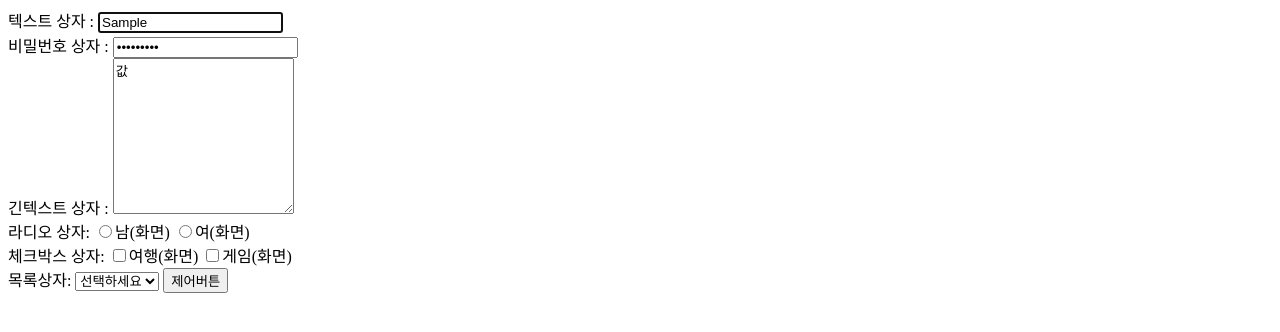
Repository: hololog/workspace_jsp1
Page: JspStudy/src/main/webapp/js1/test17.html
The author's editor kept a copy of each file at every save. The page is drawn from the files as they stood at one save, then again after the next save.
The browser window is 1280 px wide. The pictures show the whole page.
Empty fields were first filled with sample values (such as "Sample", 5 or name@example.com).
After loading, the first visible `input[onclick="f1()"]` was clicked once.

Above is the page before, as saved 2021-12-14 08:50:32.

### JspStudy/src/main/webapp/js1/test17.html
<!DOCTYPE html>
<html>
<head>
<meta charset="UTF-8">
<title>js1/test17.html</title>
<script type="text/javascript">


function f1() {
	if(document.fr.id.value.length>5){
		alert("5자 이상 입력하세요");
		document.fr.id.focus();
		return;
	}

	if(document.fr.pass.value.length>10){
		alert("10자 이상의 패스워드를 입력하에요");
		document.fr.pass.focus();
		return;
	}

	if(document.fr.ta.value.length>20){
		alert("20자 이상으로 작성해 주세요");
		document.fr.ta.focus();
		return;
	}

	if(document.fr.ra[0].checked==false && document.fr.ra[1].checked==false){
		alert("라디오 상자중 하나를 선택해주세요");
		document.fr.ra.focus();
		return;
	}


}



</script>
</head>
<body>
 <form action="a.jsp" name="fr">
    텍스트 상자 :  <input type="text" name="id"><br>
	비밀번호 상자 : <input type="password" name="pass"><br>
	긴텍스트 상자 : <textarea rows="10" cols="20" name="ta">값</textarea><br>
	라디오 상자:   <input type="radio" name="ra" value="1">남(화면)
           	    <input type="radio" name="ra" value="2">여(화면)<br>
    체크박스 상자:  <input type="checkbox" name="ch" value="여행">여행(화면)
                <input type="checkbox" name="ch" value="게임">게임(화면)<br>
    목록상자: <select name="sel">
 			<option value="">선택하세요</option>
 			<option value="100">목록1</option>
 			<option value="200">목록2</option>
 			<option value="300">목록3</option>
 		   </select>
 		   <input type="button" value="제어버튼" onclick="f1()">
 </form>
</body>
</html>

After the next save:
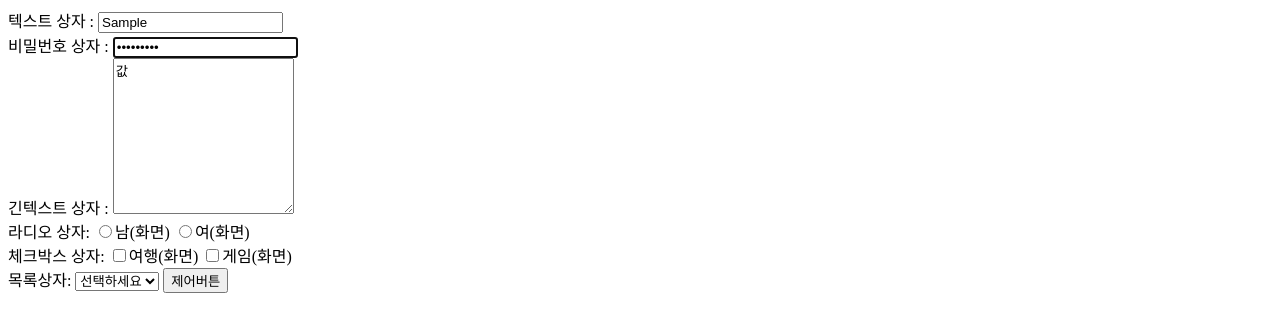
Saved 44 h 36 min later.
--- a/JspStudy/src/main/webapp/js1/test17.html
+++ b/JspStudy/src/main/webapp/js1/test17.html
@@ -7,19 +7,19 @@
 
 
 function f1() {
-	if(document.fr.id.value.length>5){
+	if(document.fr.id.value.length<5){
 		alert("5자 이상 입력하세요");
 		document.fr.id.focus();
 		return;
 	}
 
-	if(document.fr.pass.value.length>10){
+	if(document.fr.pass.value.length<10){
 		alert("10자 이상의 패스워드를 입력하에요");
 		document.fr.pass.focus();
 		return;
 	}
 
-	if(document.fr.ta.value.length>20){
+	if(document.fr.ta.value.length<20){
 		alert("20자 이상으로 작성해 주세요");
 		document.fr.ta.focus();
 		return;
